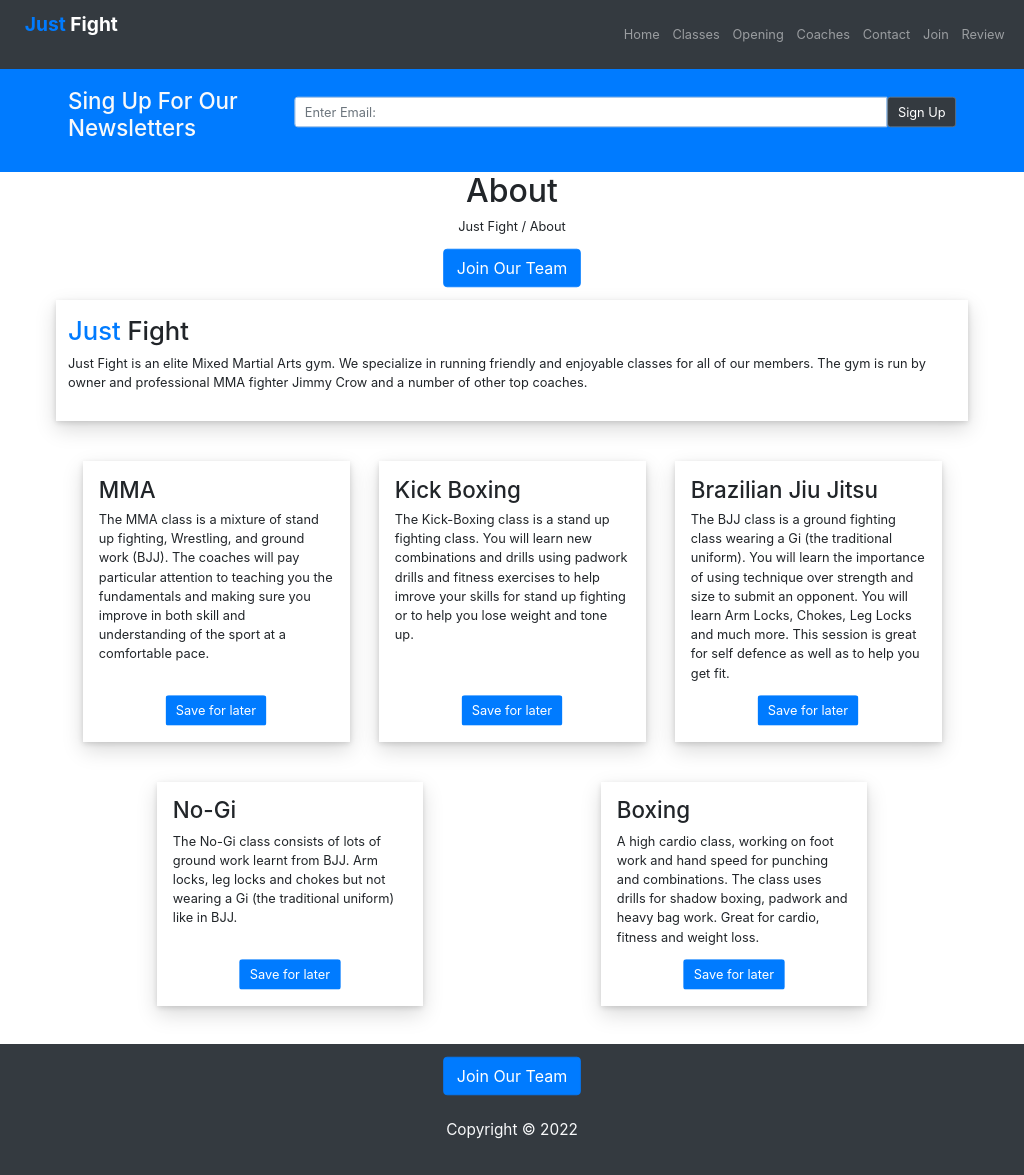
Repository: IonPara/Just-Fight
Page: about.html
An editor plug-in stored every save of this project. The page is shown before and after the next save, followed by the edit.
The browser window is 1280 px wide. The pictures show the whole page, at 80% of full size.
Some web libraries are served in a nearby version.

Above is the page before, as saved 2023-03-13 16:41:03.

After the next save:
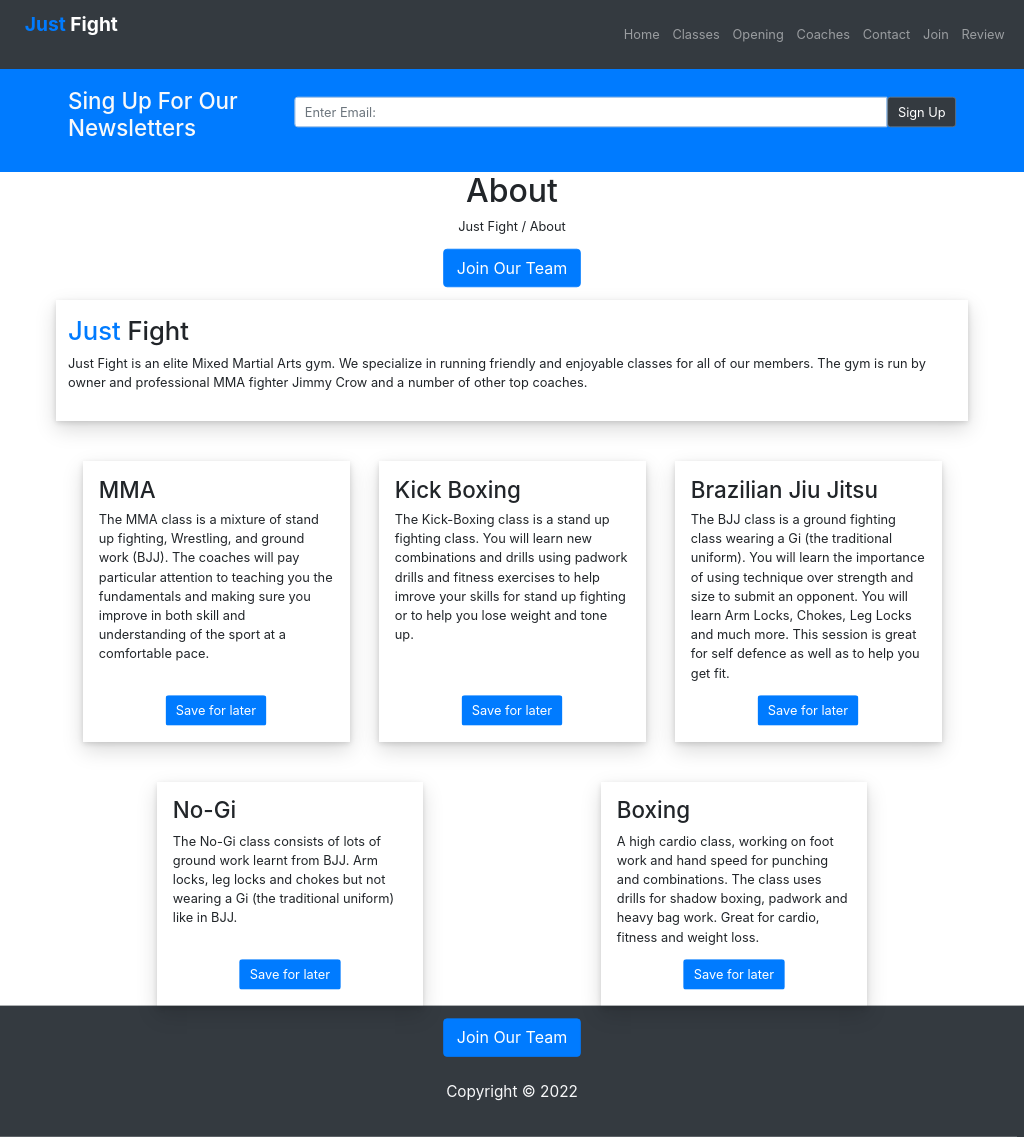
Saved 38 s later.
--- a/about.html
+++ b/about.html
@@ -182,7 +182,7 @@
     </div>
   </section>
   <!-- Footer -->
-  <footer class="bg-dark text-center text-light mt-5">
+  <footer class="bg-dark text-center text-light ">
     <a class="text-white" href="./plans.html" target="_blank" rel="noopener noreferrer">
       <button class="btn btn-lg btn-primary mt-3 ">
         Join Our Team

After the save that followed:
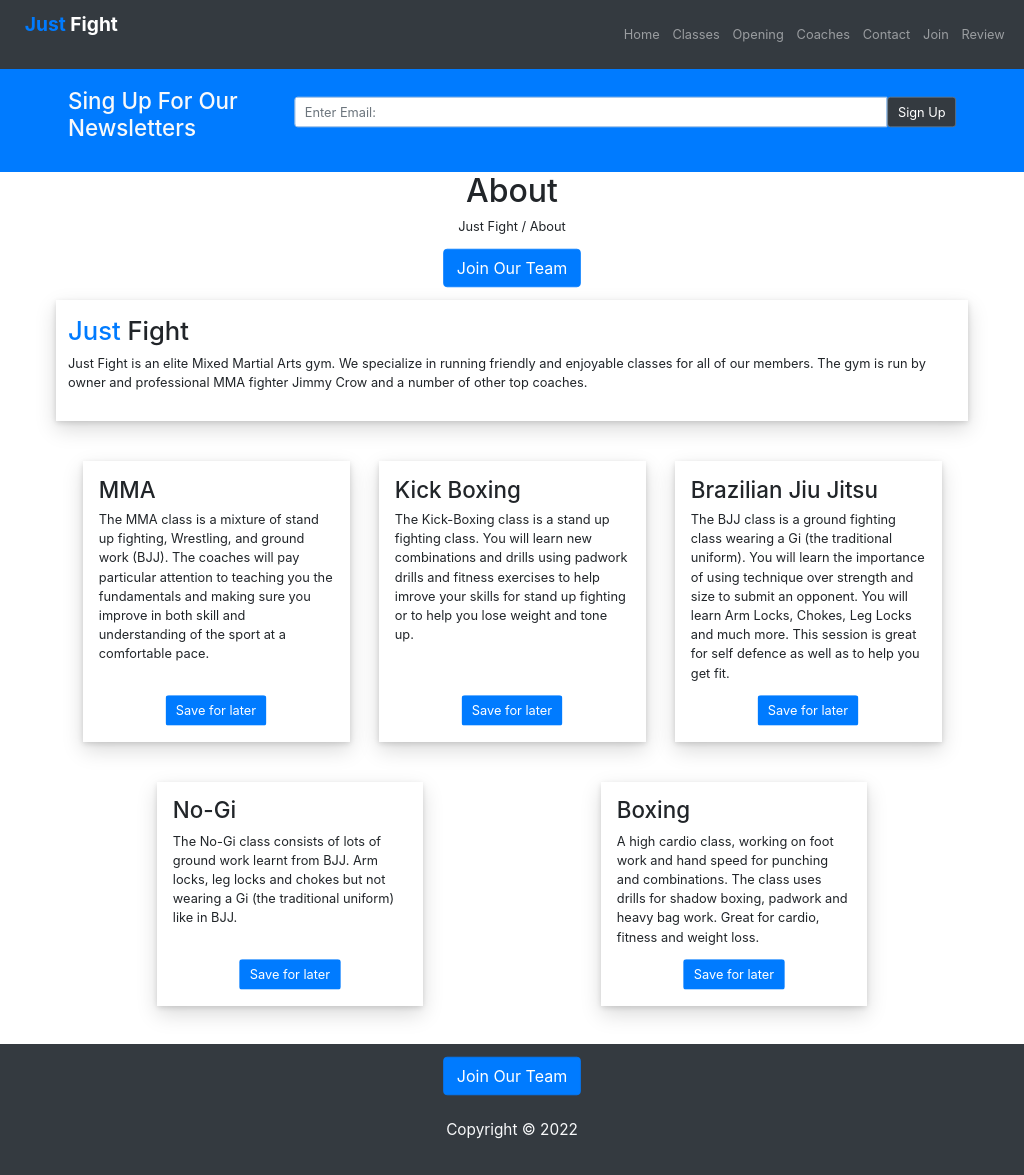
Saved 13 s later.
--- a/about.html
+++ b/about.html
@@ -182,7 +182,7 @@
     </div>
   </section>
   <!-- Footer -->
-  <footer class="bg-dark text-center text-light ">
+  <footer class="bg-dark text-center text-light mt-5">
     <a class="text-white" href="./plans.html" target="_blank" rel="noopener noreferrer">
       <button class="btn btn-lg btn-primary mt-3 ">
         Join Our Team
